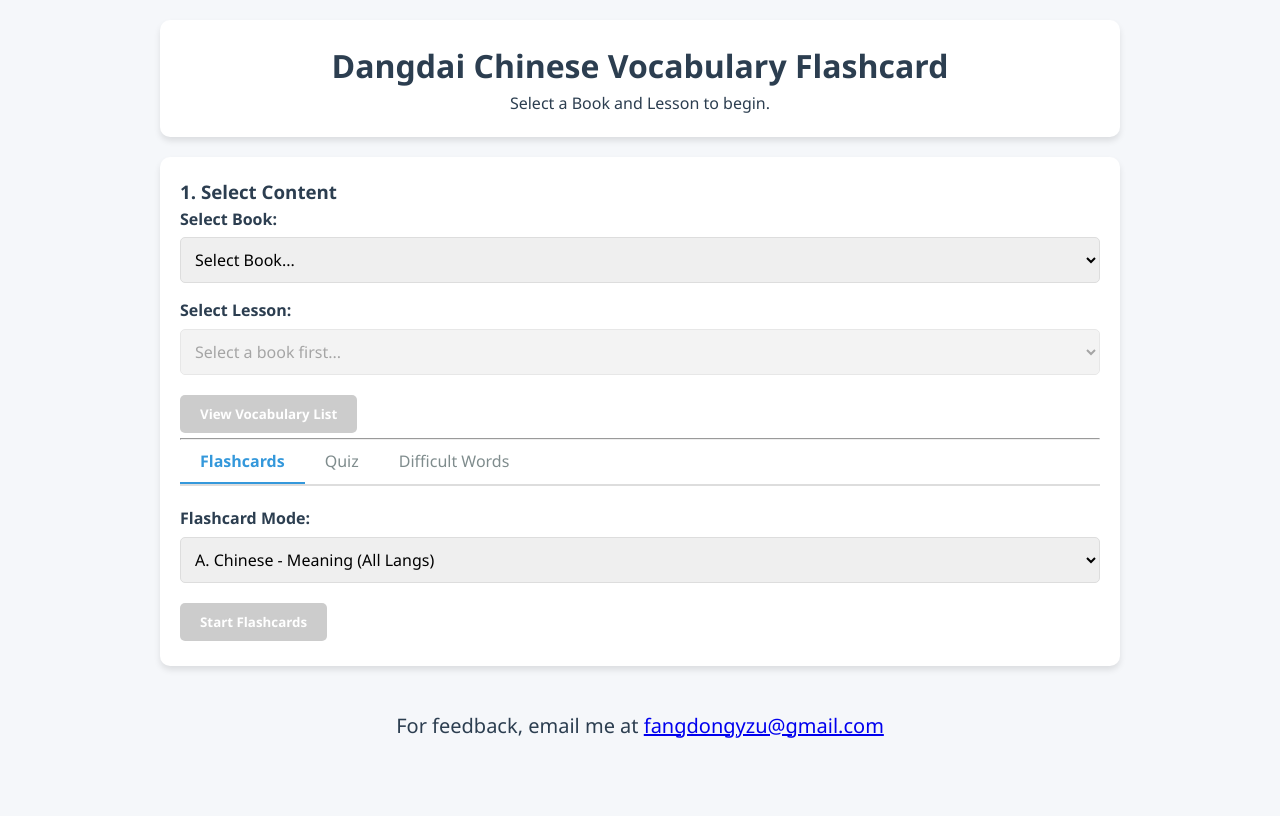
Repository: fangdongyzu/dangdaiflashcards
Page: index.html
An editor plug-in stored every save of this project. The page is shown before and after the next save, followed by the edit.
The browser window is 1280 px wide. The pictures show the whole page.

Above is the page before, as saved 2025-11-27 22:36:05.

After the next save:
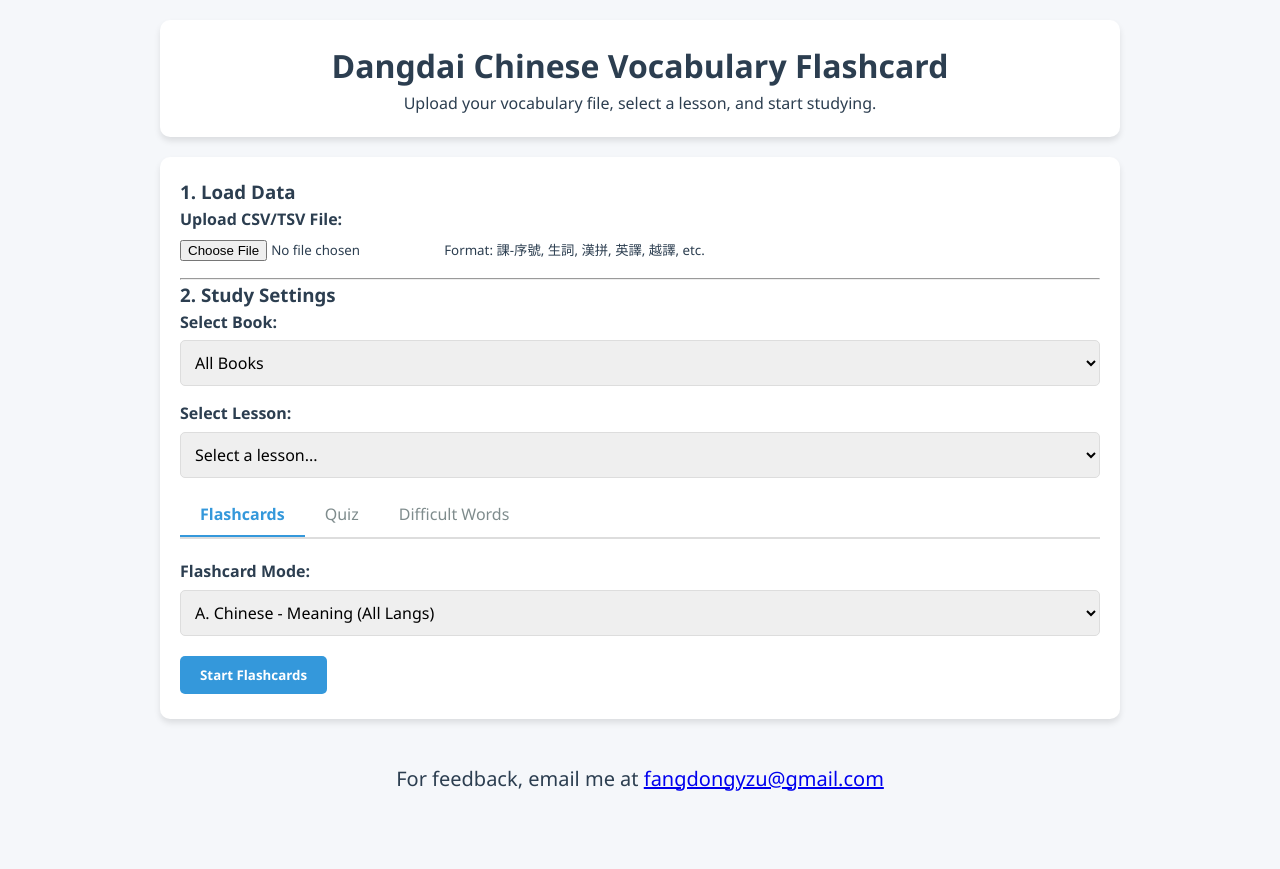
Console error: TypeError: Cannot read properties of null (reading 'addEventListener')
Saved 32 s later.
--- a/index.html
+++ b/index.html
@@ -1,46 +1,56 @@
 <!DOCTYPE html>
 <html lang="en">
+
 <head>
     <meta charset="UTF-8">
     <meta name="viewport" content="width=device-width, initial-scale=1.0">
     <title>Dangdai Chinese Vocabulary Flashcard</title>
     <link rel="stylesheet" href="styles.css">
 </head>
+
 <body>
     <div class="container">
         <header>
             <h1>Dangdai Chinese Vocabulary Flashcard</h1>
-            <p class="app-description">Select a Book and Lesson to begin.</p>
+            <p class="app-description">Upload your vocabulary file, select a lesson, and start studying.</p>
         </header>
 
         <div class="main-content">
             <div class="control-panel" id="control-panel">
 
+                <div class="data-loader-section">
+                    <h3>1. Load Data</h3>
+                    <div class="form-group">
+                        <label for="csv-file">Upload CSV/TSV File:</label>
+                        <input type="file" id="csv-file" accept=".csv, .tsv, .txt">
+                        <small>Format: 課-序號, 生詞, 漢拼, 英譯, 越譯, etc.</small>
+                    </div>
+                </div>
+
+                <hr>
+
                 <div class="settings-section">
-                    <h3>1. Select Content</h3>
+                    <h3>2. Study Settings</h3>
                     <div class="form-group">
                         <label for="book-select">Select Book:</label>
                         <select id="book-select">
-                            <option value="">Select Book...</option>
-                            <option value="B1">Book 1</option>
-                            <option value="B2">Book 2</option>
-                            <option value="B3">Book 3</option>
-                            <option value="B4">Book 4</option>
-                            <option value="B5">Book 5</option>
+                            <option value="All">All Books</option>
+                            <option value="1">Book 1</option>
+                            <option value="2">Book 2</option>
+                            <option value="3">Book 3</option>
+                            <option value="4">Book 4</option>
+                            <option value="5">Book 5</option>
+                            <option value="6">Book 6</option>
                         </select>
                     </div>
 
                     <div class="form-group">
                         <label for="lesson-select">Select Lesson:</label>
-                        <select id="lesson-select" disabled>
-                            <option value="">Select a book first...</option>
+                        <select id="lesson-select">
+                            <option value="">Select a lesson...</option>
                             </select>
                     </div>
-
-                    <button id="view-list-btn" class="btn secondary" disabled>View Vocabulary List</button>
                 </div>
-
-                <hr>
 
                 <div class="tabs">
                     <button class="tab-btn active" data-tab="flashcards">Flashcards</button>
@@ -57,7 +67,7 @@
                             <option value="pinyin-chinese">A. Pinyin - Chinese</option>
                         </select>
                     </div>
-                    <button id="start-flashcards-btn" class="btn primary" disabled>Start Flashcards</button>
+                    <button id="start-flashcards-btn" class="btn primary">Start Flashcards</button>
                 </div>
 
                 <div class="tab-content" id="quiz-controls">
@@ -70,36 +80,15 @@
                             <option value="pinyin-chinese">B. Pinyin - Chinese</option>
                         </select>
                     </div>
-                    <button id="start-quiz-btn" class="btn primary" disabled>Start Quiz</button>
+                    <button id="start-quiz-btn" class="btn primary">Start Quiz</button>
                 </div>
             </div>
 
             <div id="study-area" class="study-area hidden">
 
-                <div id="list-view" class="view-section hidden">
-                    <div class="header-row">
-                        <button class="btn secondary small exit-btn">← Back to Menu</button>
-                        <h3>Vocabulary List</h3>
-                    </div>
-                    <div class="table-container">
-                        <table id="vocab-table">
-                            <thead>
-                                <tr>
-                                    <th>Chinese</th>
-                                    <th>Pinyin</th>
-                                    <th>English</th>
-                                    <th>Meaning (All)</th>
-                                </tr>
-                            </thead>
-                            <tbody id="vocab-table-body">
-                                </tbody>
-                        </table>
-                    </div>
-                </div>
-
                 <div id="flashcard-view" class="view-section hidden">
                     <div class="header-row">
-                        <button class="btn secondary small exit-btn">← Back to Menu</button>
+                        <button id="exit-flashcard-btn" class="btn secondary small">← Back to Menu</button>
                         <span id="fc-progress">0 / 0</span>
                     </div>
 
@@ -130,7 +119,7 @@
 
                 <div id="quiz-view" class="view-section hidden">
                     <div class="header-row">
-                        <button class="btn secondary small exit-btn">← Back to Menu</button>
+                        <button id="exit-quiz-btn" class="btn secondary small">← Back to Menu</button>
                         <div class="score-display">Score: <span id="quiz-score">0</span></div>
                     </div>
 
@@ -160,8 +149,7 @@
                 </div>
             </div>
 
-            <div class="tab-content" id="difficult-content" style="display:none;">
-                <div class="difficult-words">
+            <div class="tab-content" id="difficult-content" style="display:none;"> <div class="difficult-words">
                     <h3>Words Needing Practice</h3>
                     <ul class="difficult-words-list" id="difficult-words-list">
                         <li class="difficult-word text-center">No difficult words yet.</li>
